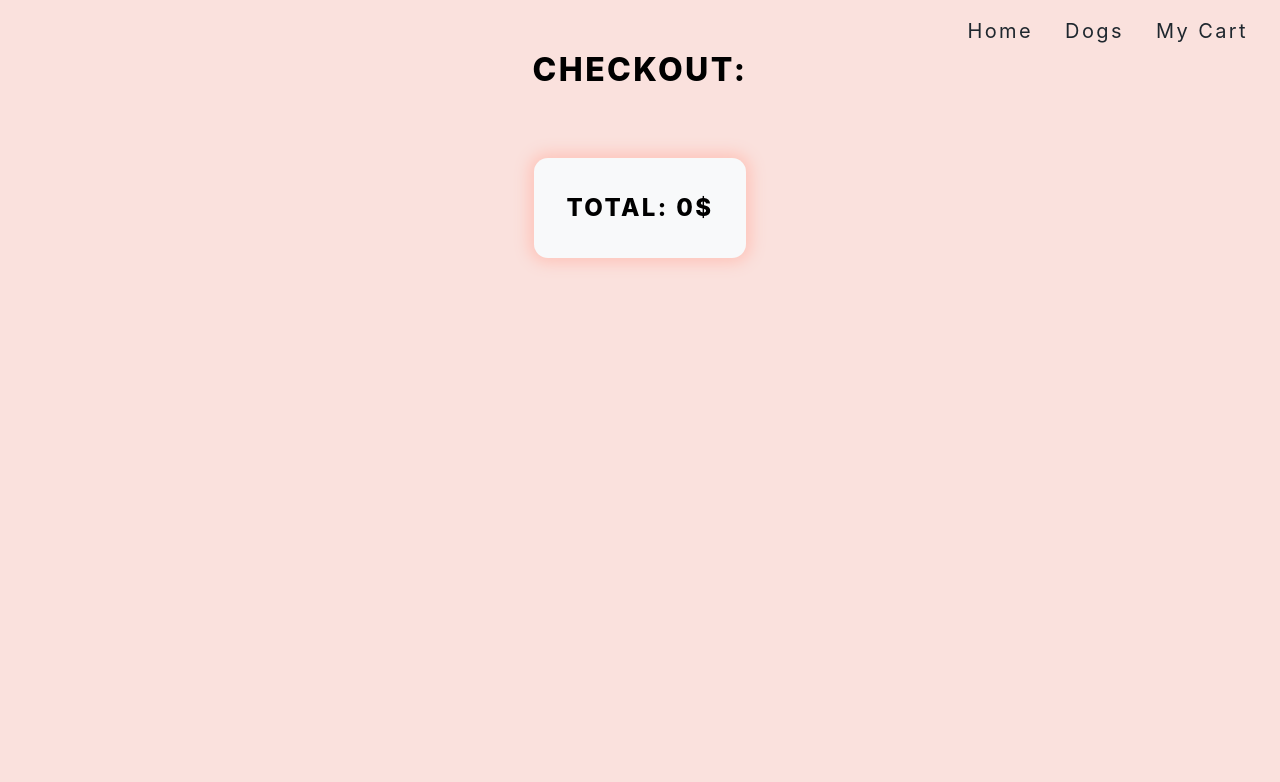
Repository: CarsonDev1/Dogs-Shop
Page: /checkout (app in frontend/)
These files come from the project's save history. The page is drawn as it stood at one moment and after a run of saves; the edit follows.
The browser window is 1280 px wide. The pictures show the whole page.
The page's requests for data from a server got no answer. The project was rebuilt for these pictures with package versions that can differ from the ones it lists, and the page was loaded fresh each time. No one was signed in, and anything a server would have sent is missing. Also part of the build but not shown: frontend/src/component/Home/home.css, frontend/src/component/Home/Home.jsx, frontend/src/component/Dogs/dogs.css, frontend/src/component/Dogs/DogsCard.jsx, frontend/src/component/Dogs/DogsPage.jsx.

Above is the page before, as saved 2022-08-04 15:13:21.

After the next 3 saves:
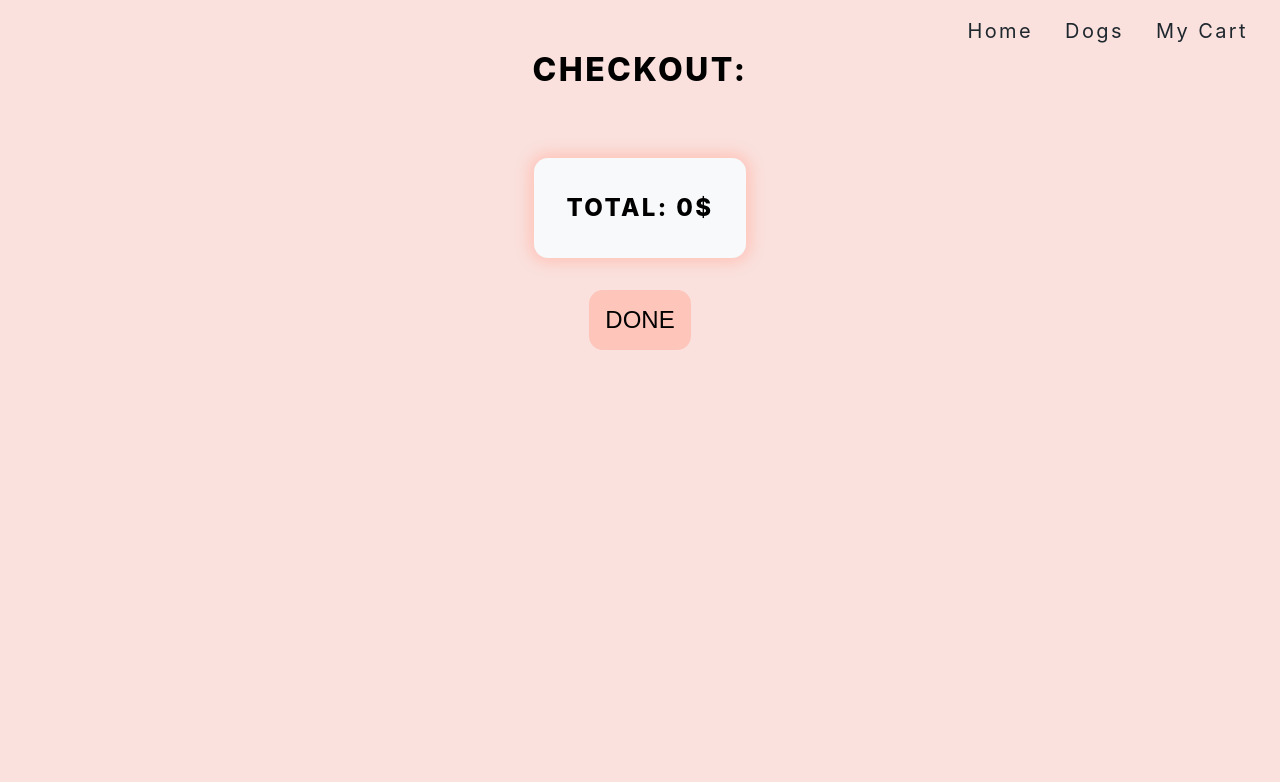
The 3 saves are shown as one change because 2 did not build or start.
The last was saved 2 min 15 s later.
--- a/frontend/src/component/Cart/Cart.jsx
+++ b/frontend/src/component/Cart/Cart.jsx
@@ -2,7 +2,10 @@ import { useContext } from "react";
 import { CartContext } from "../../Contexts/CartContext";
 import "./cart.css";
 const Cart = () => {
-	const { myCart, total } = useContext(CartContext);
+	const { myCart, total, addToCart, setTotal } = useContext(CartContext);
+	const handleCheckOut = () => {
+		setTotal(0);
+	};
 	return (
 		<>
 			<section className="cart-container">
@@ -22,6 +25,9 @@ const Cart = () => {
 					})}
 					<div className="cart-total">TOTAL: {total}$</div>
 				</div>
+				<button className="cart-checkout" onClick={handleCheckOut}>
+					DONE
+				</button>
 			</section>
 		</>
 	);
